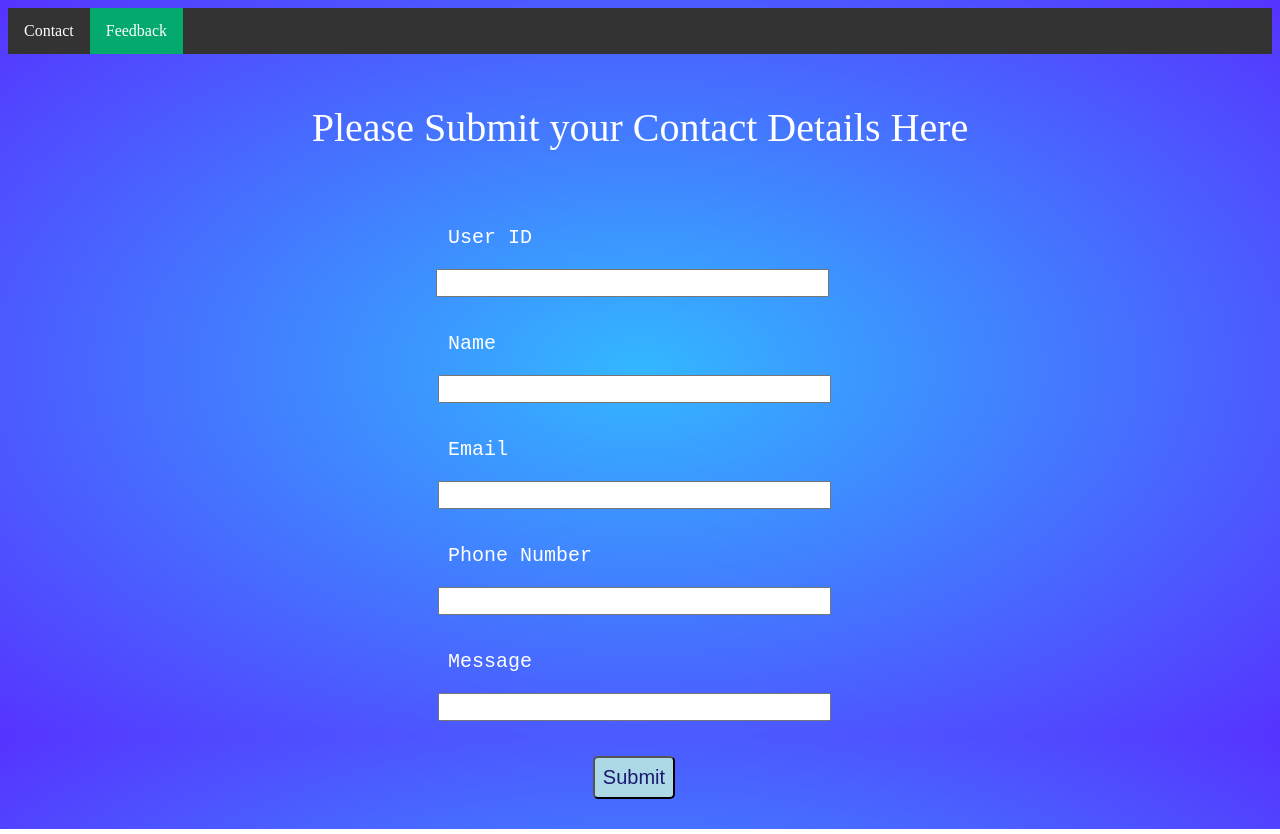
Repository: ShreyasG27/Amdocs-Training
Page: http://localhost/elearning-frontend/contact.jsp
An editor plug-in stored every save of this project. The page is shown before and after the next save, followed by the edit.
The browser window is 1280 px wide. The pictures show the whole page.
The page is served by Tomcat 9. Nobody is signed in. The application's start-up code is not run.

Above is the page before, as saved 2021-08-22 16:55:49.

After the next save:
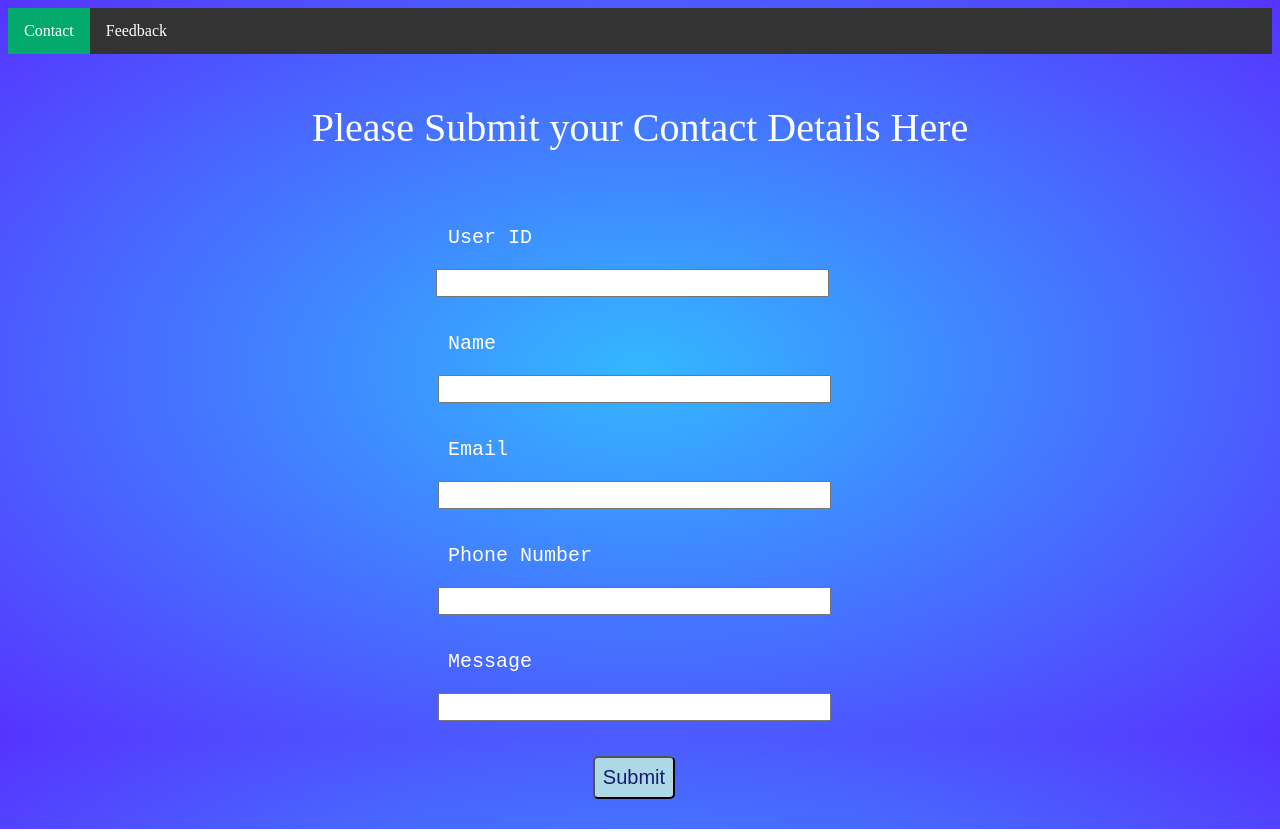
Saved 27 s later.
--- a/elearning-frontend/WebContent/contact.jsp
+++ b/elearning-frontend/WebContent/contact.jsp
@@ -89,8 +89,8 @@ li a:hover:not(.active) {
 </head>
 <body>
 <ul>
-  <li><a href="contact.jsp">Contact</a></li>
-  <li><a class="active" href="feedback.jsp">Feedback</a></li>
+  <li><a class="active" href="contact.jsp">Contact</a></li>
+  <li><a href="feedback.jsp">Feedback</a></li>
 </ul>
 <center><p class="heading">Please Submit your Contact Details Here</p></center>
 
